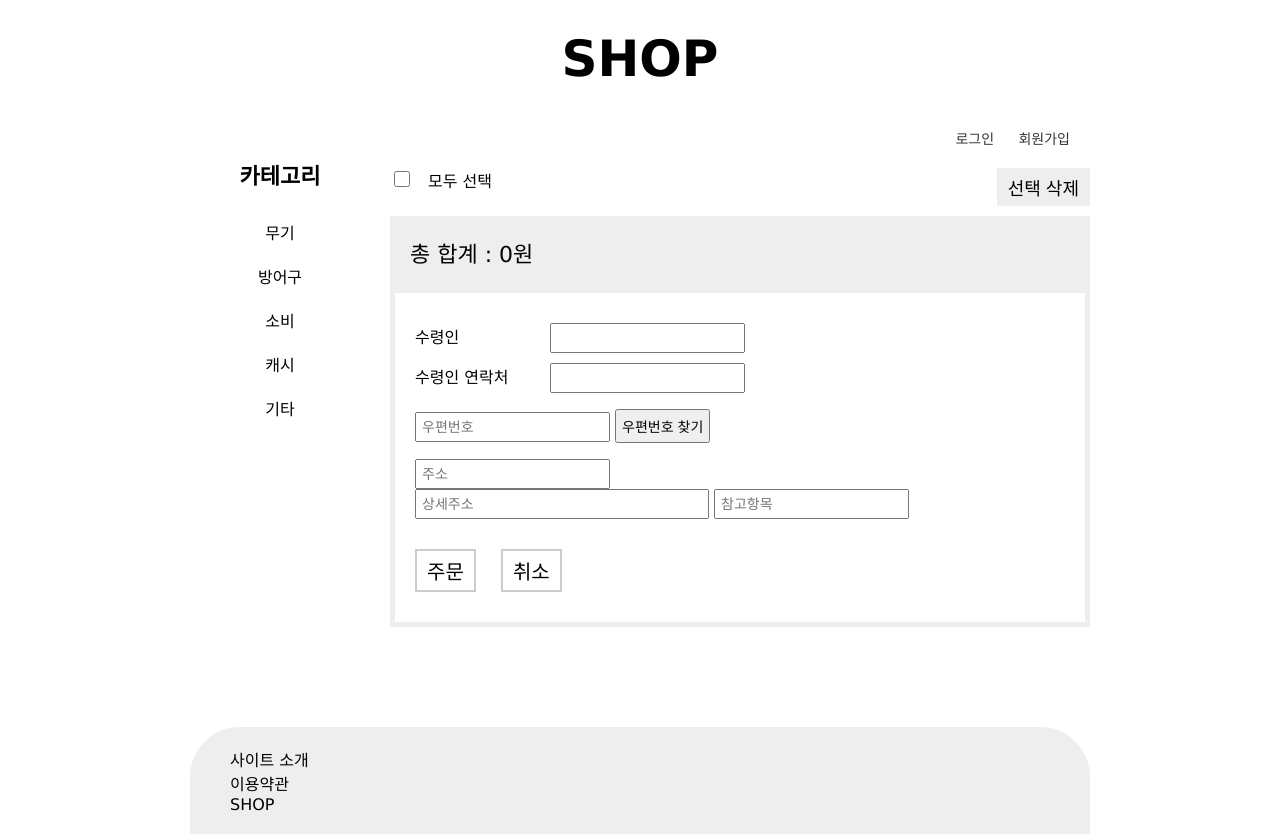
Repository: leesoonyong/shopping-mall
Page: http://localhost/shop/WEB-INF/views/shop/cartList.jsp
These files come from the project's save history. The page is drawn as it stood at one moment and after the next save; the edit follows.
The browser window is 1280 px wide. The pictures show the whole page.
After loading, the first visible `button.orderOpne_bnt` was clicked once.
The page is served by Tomcat 9. Nobody is signed in. Other server files are loaded and not shown. The template is opened directly, without the code that normally fills it, so the values that code supplies are empty.

Above is the page before, as saved 2020-09-16 02:12:38.

### shop/src/main/webapp/WEB-INF/views/shop/cartList.jsp
<%@ taglib uri="http://java.sun.com/jsp/jstl/core" prefix="c" %>
<%@ taglib prefix="fmt" uri="http://java.sun.com/jsp/jstl/fmt"%>
<%@ page language="java" contentType="text/html; charset=UTF-8" pageEncoding="UTF-8"%>
<!DOCTYPE html>
<html>
<head>
<meta charset="UTF-8">
<script src='https://code.jquery.com/jquery-3.3.1.min.js'></script>
<style>
body {
	margin: 0;
	padding: 0;
	font-family: '맑은 고딕', verdana;
}

a {
	color: #05f;
	text-decoration: none;
}

a:hover {
	text-decoration: underline;
}

h1, h2, h3, h4, h5, h6 {
	margin: 0;
	padding: 0;
}

ul, lo, li {
	margin: 0;
	padding: 0;
	list-style: none;
}

/* ---------- */
div#root {
	width: 900px;
	margin: 0 auto;
}

header#header {

}

nav#nav {

}

section#container {

}

section#content {
	float: right;
	width: 700px;
}

aside#aside {
	float: left;
	width: 180px;
}

section#container::after {
	content: "";
	display: block;
	clear: both;
}

footer#footer {
	background: #eee;
	padding: 20px;
}

/* ---------- */
header#header div#header_box {
	text-align: center;
	padding: 30px 0;
}

header#header div#header_box h1 {
	font-size: 50px;
}

header#header div#header_box h1 a {
	color: #000;
}

nav#nav div#nav_box {
	font-size: 14px;
	padding: 10px;
	text-align: right;
}

nav#nav div#nav_box li {
	display: inline-block;
	margin: 0 10px;
}

nav#nav div#nav_box li a {
	color: #333;
}

section#container {

}

aside#aside h3 {
	font-size: 22px;
	margin-bottom: 20px;
	text-align: center;
}

aside#aside li {
	font-size: 16px;
	text-align: center;
}

aside#aside li a {
	color: #000;
	display: block;
	padding: 10px 0;
}

aside#aside li a:hover {
	text-decoration: none;
	background: #eee;
}

footer#footer {
	margin-top: 100px;
	border-radius: 50px 50px 0 0;
}

footer#footer div#footer_box {
	padding: 0 20px;
}

aside#aside li {
	position: relative;
}

aside#aside li:hover {
	background: #eee;
}

aside#aside li>ul.low {
	display: none;
	position: absolute;
	top: 0;
	left: 180px;
}

aside#aside li:hover>ul.low {
	display: block;
}

aside#aside li:hover>ul.low li a {
	background: #eee;
	border: 1px solid #eee;
}

aside#aside li:hover>ul.low li a:hover {
	background: #fff;
}

aside#aside li>ul.low li {
	width: 180px;
}
/*
section#content ul li {
	display: inline-block;
	margin: 10px;
}

section#content div.goodsThumb img {
	width: 200px;
	height: 200px;
}

section#content div.goodsName {
	padding: 10px 0;
	text-align: center;
}

section#content div.goodsName a {
	color: #000;
}
*/
 section#content ul li { margin:10px 0; }
 section#content ul li img { width:250px; height:250px; }
 section#content ul li::after { content:""; display:block; clear:both; }
 section#content div.thumb { float:left; width:250px; }
 section#content div.gdsInfo { float:right; width:calc(100% - 270px); }
 section#content div.gdsInfo { font-size:20px; line-height:2; }
 section#content div.gdsInfo span { display:inline-block; width:100px; font-weight:bold; margin-right:10px; }
 section#content div.gdsInfo .delete { text-align:right; }
 section#content div.gdsInfo .delete button { font-size:22px;
            padding:5px 10px; border:1px solid #eee; background:#eee;}



.allCheck { float:left; width:200px; }
.allCheck input { width:16px; height:16px; }
.allCheck label { margin-left:10px; }
.delBtn { float:right;  text-align:right; }
.delBtn button { font-size:18px; padding:5px 10px; border:1px solid #eee; background:#eee;}

.checkBox { width:30px; }
.checkBox input { width:16px; height:16px; }


.listResult { padding:20px; background:#eee; }
.listResult .sum { float:left; width:45%; font-size:22px; }

.listResult .orderOpne { float:right; width:45%; text-align:right; }
.listResult .orderOpne button { font-size:18px; padding:5px 10px; border:1px solid #999; background:#fff;}
.listResult::after { content:""; display:block; clear:both; }

.orderInfo { border:5px solid #eee; padding:20px; display:none;}
.orderInfo .inputArea { margin:10px 0; }
.orderInfo .inputArea label { display:inline-block; width:120px; margin-right:10px; }
.orderInfo .inputArea input { font-size:14px; padding:5px; }
#userAddr2, #userAddr3 { width:250px; }

.orderInfo .inputArea:last-child { margin-top:30px; }
.orderInfo .inputArea button { font-size:20px; border:2px solid #ccc; padding:5px 10px; background:#fff; margin-right:20px;}\

.orderInfo .inputArea #sample6_address { width:230px; }
.orderInfo .inputArea #sample6_detailAddress { width:280px; }
.orderInfo .inputArea #sample2_extraAddress { display:none; }

</style>
<script src="https://t1.daumcdn.net/mapjsapi/bundle/postcode/prod/postcode.v2.js"></script>
<script>
function sample6_execDaumPostcode() {
    new daum.Postcode({
        oncomplete: function(data) {
            // 팝업에서 검색결과 항목을 클릭했을때 실행할 코드를 작성하는 부분.

            // 각 주소의 노출 규칙에 따라 주소를 조합한다.
            // 내려오는 변수가 값이 없는 경우엔 공백('')값을 가지므로, 이를 참고하여 분기 한다.
            var addr = ''; // 주소 변수
            var extraAddr = ''; // 참고항목 변수

            //사용자가 선택한 주소 타입에 따라 해당 주소 값을 가져온다.
            if (data.userSelectedType === 'R') { // 사용자가 도로명 주소를 선택했을 경우
                addr = data.roadAddress;
            } else { // 사용자가 지번 주소를 선택했을 경우(J)
                addr = data.jibunAddress;
            }

            // 사용자가 선택한 주소가 도로명 타입일때 참고항목을 조합한다.
            if(data.userSelectedType === 'R'){
                // 법정동명이 있을 경우 추가한다. (법정리는 제외)
                // 법정동의 경우 마지막 문자가 "동/로/가"로 끝난다.
                if(data.bname !== '' && /[동|로|가]$/g.test(data.bname)){
                    extraAddr += data.bname;
                }
                // 건물명이 있고, 공동주택일 경우 추가한다.
                if(data.buildingName !== '' && data.apartment === 'Y'){
                    extraAddr += (extraAddr !== '' ? ', ' + data.buildingName : data.buildingName);
                }
                // 표시할 참고항목이 있을 경우, 괄호까지 추가한 최종 문자열을 만든다.
                if(extraAddr !== ''){
                    extraAddr = ' (' + extraAddr + ')';
                }
                // 조합된 참고항목을 해당 필드에 넣는다.
                document.getElementById("sample6_extraAddress").value = extraAddr;

            } else {
                document.getElementById("sample6_extraAddress").value = '';
            }

            // 우편번호와 주소 정보를 해당 필드에 넣는다.
            document.getElementById('sample6_postcode').value = data.zonecode;
            document.getElementById("sample6_address").value = addr;
            // 커서를 상세주소 필드로 이동한다.
            document.getElementById("sample6_detailAddress").focus();
        }
    }).open();
}
</script>
</head>
<body>
<div id="root">
	<header id="header">
		<div id="header_box">
			<%@ include file="../include/header.jsp" %>
		</div>
	</header>

	<nav id="nav">
		<div id="nav_box">
			<%@ include file="../include/nav.jsp" %>
		</div>
	</nav>

	<section id="container">
		<aside id="aside">
			<%@ include file="../include/aside.jsp" %>
		</aside>
		<div id="container_box">
			<section id="content">
					<ul>
						<li>
							<div class="allCheck">
								<input type="checkbox" name="allCheck" id="allCheck" />
								<label	for="allCheck">모두 선택</label>
								<script>
									$("#allCheck").click(function(){
										 var chk = $("#allCheck").prop("checked");
										 if(chk) {
										  $(".chBox").prop("checked", true);
										 } else {
										  $(".chBox").prop("checked", false);
										 }
									});
								</script>
							</div>

							<div class="delBtn">
								<button type="button" class="selectDelete_btn">선택 삭제</button>

								<script>
								$(".selectDelete_btn").click(function(){
									var confirm_val = confirm("정말 삭제하시겠습니까?");

									if(confirm_val){
										var checkArr = new Array();

										$("input[class='chBox']:checked").each(function(){
											checkArr.push($(this).attr("data-cartNum"));
										});

										$.ajax({
											url : "/shop/deleteCart",
											type : "post",
											data : {
												chbox : checkArr
											},
											success : function(result){
												if(result == 1){
													location.href = "/shop/cartList";
												}else{
													alert("삭제 실패");
												}
											}
										});
									}
								});



								</script>
							</div>

						</li>
						<c:set var="sum" value="0"/>
						<c:forEach items="${cartList}" var="cartList">
							<li>
								<div class="checkBox">
									<input type="checkbox" name="chBox" class="chBox" data-cartNum="${cartList.cartNum}" />
									<script>
										$(".chBox").click(function(){
											$("#allCheck").prop("checked", false);
										});
									</script>
								</div>

								<div class="thumb">
									<img src="${cartList.gdsThumbImg}" />
								</div>
								<div class="gdsInfo">
									<p>
										<span>상품명</span>${cartList.gdsName}<br />
										<span>개당 가격</span>
										<fmt:formatNumber pattern="###,###,###" value="${cartList.gdsPrice}"/> 원<br />
										<span>구입 수량</span>${cartList.cartStock} 개<br />
										<span>최종가격</span>
										<fmt:formatNumber pattern="###,###,###" value="${cartList.gdsPrice * cartList.cartStock}" /> 원
									</p>

									<div class="delete">
										<button type="button" class="delete_${cartList.cartNum}_btn" data-cartNum="${cartList.cartNum}">삭제</button>
										<script>
											$(".delete_${cartList.cartNum}_btn").click(function(){
												var confirm_val = confirm("정말 삭제하시겠습니까?");

												if(confirm_val){
													var checkArr = new Array();

													checkArr.push($(this).attr("data-cartNum"));


													$.ajax({
														url : "/shop/deleteCart",
														type : "post",
														data : {
															chbox : checkArr
														},
														success : function(result){
															if(result == 1){
																location.href = "/shop/cartList";
															}else{
																alert("삭제 실패");
															}
														}
													});
												}
											});
										</script>
									</div>
								</div>
							</li>
						<c:set var="sum" value="${sum + (cartList.gdsPrice * cartList.cartStock)}"/>
						</c:forEach>
					</ul>
					<div class="listResult">
						<div class="sum">
							총 합계 : <fmt:formatNumber pattern="###,###,###" value="${sum}"/>원
						</div>
						<div class="orderOpne">
							<button type="button" class="orderOpne_bnt">주문 정보 입력</button>
							<script>
								$(".orderOpne_bnt").click(function(){
									$(".orderInfo").slideDown();
									$(".orderOpne_bnt").slideUp();
								});
							</script>
						</div>
					</div>
					<div class="orderInfo">
						<form method="post">
							<input type="hidden" name="amount" value="${sum}"/>

							<div class="inputArea">
								<label for="">수령인</label>
								<input type="text" name="orderRec" id="orderRec" required="required"/>
							</div>

							<div class="inputArea">
								<label for="orderPhon">수령인 연락처</label>
								<input type="text" name="orderPhon" id="orderPhon" required="required"/>
							</div>
							<div class="inputArea">
								<p>
									<input type="text" id="sample6_postcode" placeholder="우편번호">
									<input type="button" onclick="sample6_execDaumPostcode()" value="우편번호 찾기"><br>
								</p>
								<p>
									<input type="text" name= userAddr1 id="sample6_address" placeholder="주소"><br>
									<input type="text" name= userAddr2 id="sample6_detailAddress" placeholder="상세주소">
									<input type="text" name= userAddr3 id="sample6_extraAddress" placeholder="참고항목">
								</p>
							</div>
							<!--
							<div class="inputArea">
								<label for="userAddr">우편번호</label>
								<input type="text" name="userAddr1" id="userAddr1" required="required"/>
							</div>

							<div class="inputArea">
								<label for="userAddr2">1차 주소</label>
								<input type="text" name="userAddr2" id="userAddr2" required="required"/>
							</div>

							<div class="inputArea">
								<label for="userAddr3">2차 주소</label>
								<input type="text" name="userAddr3" id="userAddr3" required="required"/>
							</div>
							-->


							<div class="inputArea">
								<button type="submit" class="order_btn">주문</button>
								<button type="button" class="cancel_btn">취소</button>

								<script>
									$(".cancel_btn").click(function(){
										$(".orderInfo").slideUp();
										$(".orderOpne_bnt").slideDown();
									});
								</script>
							</div>
						</form>

					</div>
				</section>
		</div>
	</section>

	<footer id="footer">
		<div id="footer_box">
			<%@ include file="../include/footer.jsp" %>
		</div>
	</footer>
</div>


</body>
</html>

### shop/src/main/webapp/WEB-INF/views/include/header.jsp
<%@ taglib uri="http://java.sun.com/jsp/jstl/core" prefix="c" %>
<%@ page language="java" contentType="text/html; charset=UTF-8" pageEncoding="UTF-8"%>
<h1 class="title">
	<a href="/">SHOP</a>
</h1>

### shop/src/main/webapp/WEB-INF/views/include/nav.jsp
<%@ taglib uri="http://java.sun.com/jsp/jstl/core" prefix="c" %>
<%@ page language="java" contentType="text/html; charset=UTF-8" pageEncoding="UTF-8"%>
<ul>
<c:if test="${member == null}">
	<li>
		<a href="/member/signIn">로그인</a>
	</li>
	<li>
		<a href="/member/signUp">회원가입</a>
	</li>
</c:if>
<c:if test="${member != null}">
	<c:if test="${member.verify == 9}">
	<li>
		<a href="/admin/index">관리자 화면</a>
	</li>
	</c:if>
	<li>
		${member.userName}님 환영합니다.
	</li>
	<li>
		<a href="/shop/cartList">카트 리스트</a>
	</li>
		<li>
		<a href="/shop/orderList">주문 리스트</a>
	</li>
	<li>
		<a href="/member/signOut">로그아웃</a>
	</li>
</c:if>
</ul>

### shop/src/main/webapp/WEB-INF/views/include/aside.jsp
<%@ taglib uri="http://java.sun.com/jsp/jstl/core" prefix="c" %>
<%@ page language="java" contentType="text/html; charset=UTF-8" pageEncoding="UTF-8"%>

<h3>카테고리</h3>
<ul>
	<li><a href="/shop/list?c=100&l=1">무기</a>
		<ul class="low">
			<li><a href="/shop/list?c=101&l=2">아케인셰이드</a></li>
			<li><a href="/shop/list?c=102&l=2">앱솔랩스</a></li>
			<li><a href="/shop/list?c=103&l=2">파프니르</a></li>
			<li><a href="/shop/list?c=104&l=2">펜살리르</a></li>
			<li><a href="/shop/list?c=105&l=2">무스펠</a></li>
			<li><a href="/shop/list?c=106&l=2">네크로</a></li>
		</ul>
	</li>
	<li><a href="/shop/list?c=200&l=1">방어구</a>
		<ul class="low">
			<li><a href="/shop/list?c=201&l=2">아케인셰이드</a></li>
			<li><a href="/shop/list?c=202&l=2">앱솔랩스</a></li>
			<li><a href="/shop/list?c=203&l=2">파프니르</a></li>
			<li><a href="/shop/list?c=204&l=2">펜살리르</a></li>
			<li><a href="/shop/list?c=205&l=2">무스펠</a></li>
			<li><a href="/shop/list?c=206&l=2">네크로</a></li>
		</ul>
	</li>
	<li><a href="/shop/list?c=300&l=1">소비</a>
		<ul class="low">
			<li><a href="/shop/list?c=301&l=2">회복 아이템</a></li>
			<li><a href="/shop/list?c=302&l=2">연금술 아이템</a></li>
			<li><a href="/shop/list?c=303&l=2">주문서</a></li>
			<li><a href="/shop/list?c=304&l=2">스킬북</a></li>
			<li><a href="/shop/list?c=305&l=2">기타</a></li>
		</ul>
	</li>
	<li><a href="/shop/list?c=400&l=1">캐시</a>
		<ul class="low">
			<li><a href="/shop/list?c=401&l=2">강화</a></li>
			<li><a href="/shop/list?c=402&l=2">게임</a></li>
			<li><a href="/shop/list?c=403&l=2">코디</a></li>
			<li><a href="/shop/list?c=404&l=2">뷰티</a></li>
			<li><a href="/shop/list?c=405&l=2">펫</a></li>
			<li><a href="/shop/list?c=406&l=2">기타</a></li>
		</ul>

	</li>
	<li><a href="/shop/list?c=500&l=1">기타</a>
		<ul class="low">
			<li><a href="/shop/list?c=501&l=2">의자</a></li>
			<li><a href="/shop/list?c=502&l=2">전문기술</a></li>
		</ul>
	</li>
</ul>

### shop/src/main/webapp/WEB-INF/views/include/footer.jsp
<%@ taglib uri="http://java.sun.com/jsp/jstl/core" prefix="c" %>
<%@ page language="java" contentType="text/html; charset=UTF-8" pageEncoding="UTF-8"%>
<ul>
	<li>사이트 소개</li>
	<li>이용약관</li>
	<li>SHOP</li>
</ul>

After the next save:
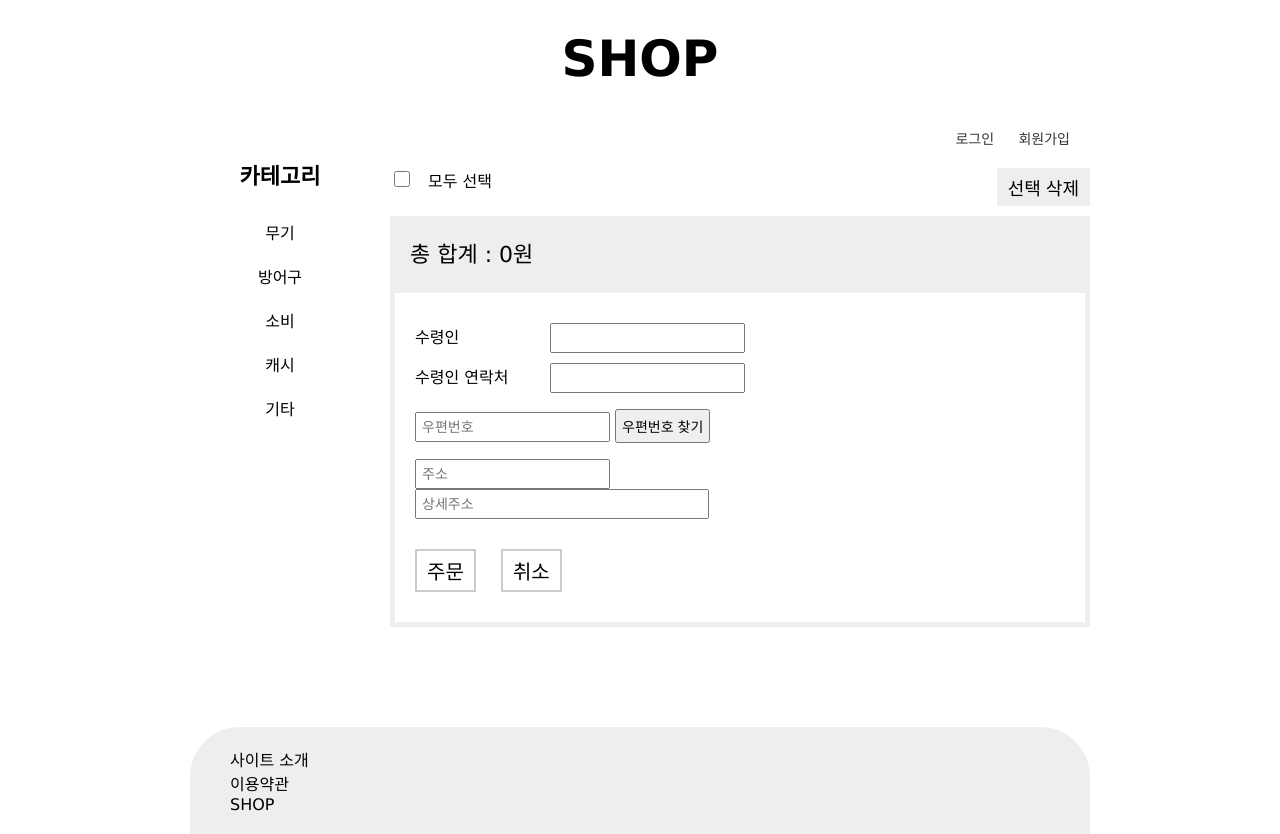
Saved 22 s later.
--- a/shop/src/main/webapp/WEB-INF/views/shop/cartList.jsp
+++ b/shop/src/main/webapp/WEB-INF/views/shop/cartList.jsp
@@ -228,7 +228,7 @@ section#content div.goodsName a {
 
 .orderInfo .inputArea #sample6_address { width:230px; }
 .orderInfo .inputArea #sample6_detailAddress { width:280px; }
-.orderInfo .inputArea #sample2_extraAddress { display:none; }
+.orderInfo .inputArea #sample6_extraAddress { display:none; }
 
 </style>
 <script src="https://t1.daumcdn.net/mapjsapi/bundle/postcode/prod/postcode.v2.js"></script>
